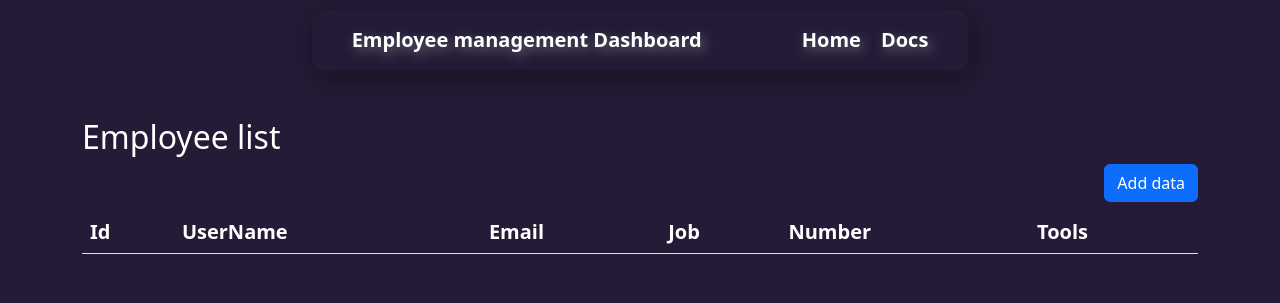
Repository: iamevs/Employee-Management-System
Page: /home (app in client/)
An editor plug-in stored every save of this project. The page is shown before and after the next save, followed by the edit.
The browser window is 1280 px wide. The pictures show the whole page.
The page's requests for data from a server got no answer. The project was rebuilt for these pictures with package versions that can differ from the ones it lists, and the page was loaded fresh each time. No one was signed in, and anything a server would have sent is missing. Also part of the build but not shown: client/vite.config.js, client/src/components/Register.jsx, client/src/components/Edit.jsx, client/src/components/Hero.jsx. Imported but missing from the stored project, and not drawn on this page: client/src/components/Details.

Above is the page before, as saved 2022-11-28 23:58:08.

### client/index.html
<html lang="en">
  <head>
    <meta charset="UTF-8" />
    <link rel="icon" type="image/svg+xml" href="/vite.svg" />
    <meta name="viewport" content="width=device-width, initial-scale=1.0" />
    <title>employee-management</title>
  </head>
  <body>
    <div id="root"></div>
    <script type="module" src="/src/main.jsx"></script>
  </body>
</html>

### client/src/main.jsx
import React, { StrictMode } from 'react';
import ReactDOM from 'react-dom';
import { createRoot } from "react-dom/client";
import './index.css';
import App from './App';
import { BrowserRouter } from "react-router-dom"
import ContextProvider from "./components/context/ContextProvider";
// root.render(
//   <StrictMode>
//   <ContextProvider>
//     <BrowserRouter>
//       <App />
//     </BrowserRouter>
//   </ContextProvider>
//   </StrictMode>
//   ,
//   document.getElementById('root')
// );


createRoot(document.getElementById('root')).render(
  <ContextProvider>
    <BrowserRouter>
      <App />
    </BrowserRouter>
  </ContextProvider>
)

### client/src/index.css
body {
  margin: 0;
  font-family: -apple-system, BlinkMacSystemFont, 'Segoe UI', 'Roboto', 'Oxygen',
    'Ubuntu', 'Cantarell', 'Fira Sans', 'Droid Sans', 'Helvetica Neue',
    sans-serif;
  -webkit-font-smoothing: antialiased;
  -moz-osx-font-smoothing: grayscale;
  background-color: #251B37 !important;
  color: #fff !important;
}

code {
  font-family: source-code-pro, Menlo, Monaco, Consolas, 'Courier New',
    monospace;
}

.btns{
  display: flex;
  justify-content: space-between;
}

### client/src/App.jsx
import './App.css';
import "../node_modules/bootstrap/dist/css/bootstrap.min.css"
import "../node_modules/bootstrap/dist/js/bootstrap.bundle.min.js"
import Navbar from './components/Navbar';
import Home from './components/Home';
import Register from './components/Register';
import Edit from './components/Edit';
import Details from './components/Details';
import Hero from "./components/Hero.jsx";
import {Routes,Route} from "react-router-dom"




function App() {
  return (
   <>
    <Navbar />
    <Routes>
      <Route path="/" element={<Hero/>} />
      <Route  path="/home" element={<Home/>} />
      <Route exact path="/register" element={<Register/>} />
      <Route exact path="/edit/:id" element={<Edit/>} />
      <Route exact path="/view/:id" element={<Details/>} />
    </Routes>

   </>
  );
}

export default App;

### client/src/components/context/ContextProvider.jsx
import React, { createContext, useState } from 'react'


export const adddata = createContext("");
export const updatedata = createContext("");
export const deldata = createContext("");

const ContextProvider = ({ children }) => {

    const [udata, setUdata] = useState("");
    const [updata, setUPdata] = useState("");
    const [dltdata, setDLTdata] = useState("");


    return (
        <adddata.Provider value={{ udata, setUdata }}>
            <updatedata.Provider value={{ updata, setUPdata }}>
                <deldata.Provider value={{dltdata, setDLTdata}}>
                    {children}
                </deldata.Provider>

            </updatedata.Provider>

        </adddata.Provider>
    )
}

export default ContextProvider;

### client/src/App.css
.add_btn{
  text-align: right;
}

.container{
  overflow: auto;
}

.left_view h3{
  font-size: 21px;
}

.left_view p{
  font-weight: 600;
}

.left_view span{
  font-weight: 400;
}

.right_view p{
  font-weight: 600;
}


.right_view span{
  font-weight: 400;
}

### client/src/components/Navbar.jsx
import React from 'react'
import { NavLink } from 'react-router-dom'
import { Box, Stack } from "@mui/material";


const Navbar = () => {
    return (
        <Stack justifyContent={"center"} direction={"row"} marginTop={"10px"}>
            <Box justifyContent={"space-between"} className="navbar navbar-expand-lg text-white" sx={{
                backgroundColor: "transparent",
                backdropFilter: "blur(10px) !important",
                position: "relative",
                color: "white",
                boxShadow: "4px 7px 20px 11px rgb(0 0 0 / 20%)",
                height: "60px",
                padding: "0 40px 0 40px",
                width: "auto",
                borderRadius: "10px"
            }}>
                <Box sx={{
                    fontSize: "20px",
                    textShadow: "3px 4px 12px #6c757d",
                    fontWeight: "bold",
                    marginRight: "100px"
                }}>Employee management Dashboard</Box>
                <Box direction={"row"}>
                    <a href="/home" style={{
                        color: "white",
                        fontSize: "20px",
                        textShadow: "3px 4px 12px #6c757d",
                        fontWeight: "bold",
                        textDecoration: "none",
                    }}>Home</a>
                    <a href="/" style={{
                        color: "white",
                        fontSize: "20px",
                        textShadow: "3px 4px 12px #6c757d",
                        fontWeight: "bold",
                        textDecoration: "none",
                        marginLeft: "20px"
                    }}>Docs</a>

                </Box>
            </Box>
        </Stack>
    )
}

export default Navbar

### client/src/components/Home.jsx
import React, { useState, useEffect, useContext } from 'react'
import ReadMoreRoundedIcon from '@mui/icons-material/ReadMoreRounded';
import NoteAltOutlinedIcon from '@mui/icons-material/NoteAltOutlined';
import DeleteOutlineIcon from '@mui/icons-material/DeleteOutline';
import { NavLink } from 'react-router-dom';
import { adddata, deldata } from './context/ContextProvider';
import { updatedata } from './context/ContextProvider'
import ReactTooltip from 'react-tooltip';

var getuserlink = "http://localhost:8001/getusers";


const Home = () => {

    const [getuserdata, setUserdata] = useState([]);

    console.log(getuserdata);

    const { udata, setUdata } = useContext(adddata);

    const {updata, setUPdata} = useContext(updatedata);

    const {dltdata, setDLTdata} = useContext(deldata);

    const getdata = async () => {

        const res = await fetch(getuserlink, {
            method: "GET",
            headers: {
                "Content-Type": "application/json"
            }
        });

        const data = await res.json();
        console.log(data);

        if (res.status === 422 || !data) {
            console.log("error ");

        } else {
            setUserdata(data)
            console.log("get data");

        }
    }

    useEffect(() => {
        getdata();
    }, [])

    const deleteuser = async (id) => {

        const res2 = await fetch(`/deleteuser/${id}`, {
            method: "DELETE",
            headers: {
                "Content-Type": "application/json"
            }
        });

        const deletedata = await res2.json();
        console.log(deletedata);

        if (res2.status === 422 || !deletedata) {
            console.log("error");
        } else {
            console.log("user deleted");
            setDLTdata(deletedata)
            getdata();
        }

    }


    return (

        <>
            {
                udata ?
                    <>
                        <div className="alert alert-success alert-dismissible fade show" role="alert">
                            <strong>{udata.name}</strong>  added succesfully!
                            <button type="button" className="btn-close" data-bs-dismiss="alert" aria-label="Close"></button>
                        </div>
                    </> : ""
            }
            {
                updata ?
                    <>
                        <div className="alert alert-success alert-dismissible fade show" role="alert">
                            <strong>{updata.name}</strong>  updated succesfully!
                            <button type="button" className="btn-close" data-bs-dismiss="alert" aria-label="Close"></button>
                        </div>
                    </> : ""
            }

            {
                dltdata ?
                    <>
                        <div className="alert alert-danger alert-dismissible fade show" role="alert">
                            <strong>{dltdata.name}</strong>  deleted succesfully!
                            <button type="button" className="btn-close" data-bs-dismiss="alert" aria-label="Close"></button>
                        </div>
                    </> : ""
            }


            <div className="mt-5">
                <div className="container">

                    <h2>Employee list </h2>
                    <div className="add_btn mt-2 mb-2">
                        <NavLink to="/register" className="btn btn-primary">Add data</NavLink>
                    </div>

                    <table class="table">
                        <thead>
                            <tr className="table text-white" style={{
                                fontSize: "20px",
                            }}>
                                <th scope="col">Id</th>
                                <th scope="col">UserName</th>
                                <th scope="col">Email</th>
                                <th scope="col">Job</th>
                                <th scope="col">Number</th>
                                <th scope="col">Tools</th>
                            </tr>
                        </thead>
                        <tbody>

                            {
                                getuserdata.map((val, ind) => {
                                    return (
                                        <tr className='text-white'>
                                            <th scope="row">{ind + 1}</th>
                                            <td>{val.name}</td>
                                            <td>{val.email}</td>
                                            <td>{val.work}</td>
                                            <td>{val.mobile}</td>
                                            <td className='btns'>
                                                <NavLink to={`/view/${val._id}`} className="btn text-white" data-tip="More Details"><ReadMoreRoundedIcon/></NavLink>
                                                <NavLink to={`/update/${val._id}`} className="btn text-white" data-tip="Edit Details"><NoteAltOutlinedIcon/></NavLink>
                                                <button onClick={() => deleteuser(val._id)} className="btn text-white" data-tip="Fire Employee"><DeleteOutlineIcon /></button>
                                                <ReactTooltip />
                                            </td>
                                        </tr>
                                    )
                                })
                            }
                        </tbody>
                    </table>


                </div>
            </div>
        </>
    )
}

export default Home

After the next save:
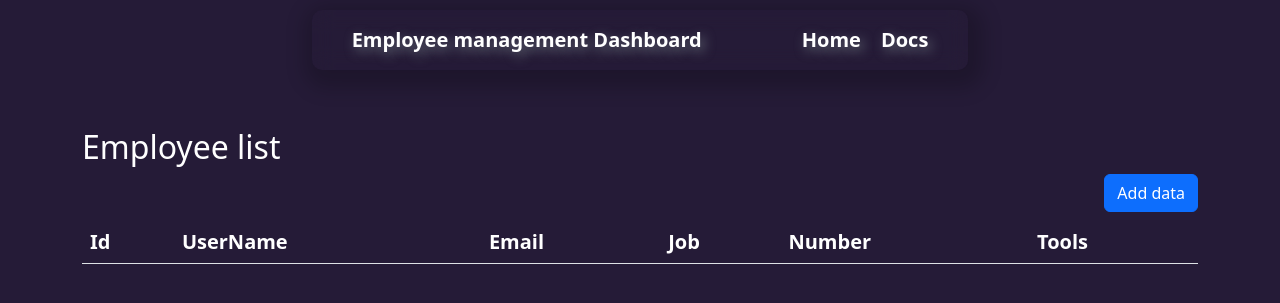
Saved 24 s later.
--- a/client/src/components/Home.jsx
+++ b/client/src/components/Home.jsx
@@ -107,7 +107,7 @@ const Home = () => {
             <div className="mt-5">
                 <div className="container">
 
-                    <h2>Employee list </h2>
+                    <h2 style={{marginTop: "10px"}}>Employee list </h2>
                     <div className="add_btn mt-2 mb-2">
                         <NavLink to="/register" className="btn btn-primary">Add data</NavLink>
                     </div>
